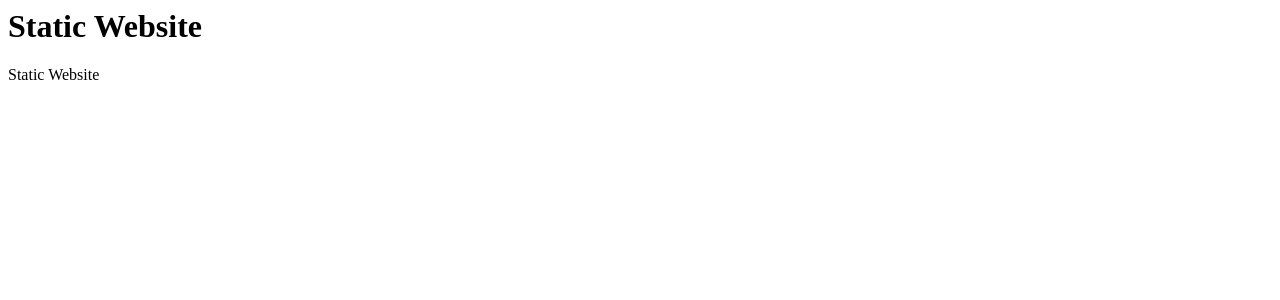
Repository: anubhav-aryan/go-webserver
Page: static/index.html
An editor plug-in stored every save of this project. The page is shown before and after the next save, followed by the edit.
The browser window is 1280 px wide. The pictures show the whole page.

Above is the page before, as saved 2023-10-16 14:29:57.

### static/index.html
<html>
  <head>
    <title>Static Website</title>
  </head>
  <body>
    <h1>Static Website</h1>
    <p>Static Website</p>
</html>

After the next save:
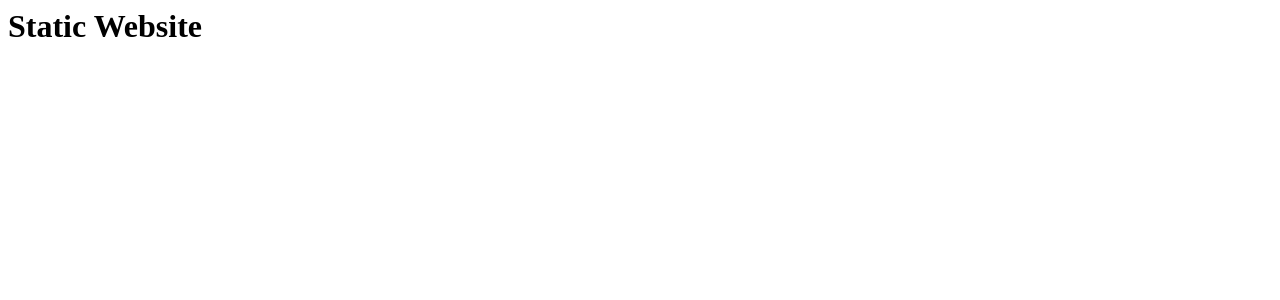
Saved 14 s later.
--- a/static/index.html
+++ b/static/index.html
@@ -4,5 +4,4 @@
   </head>
   <body>
     <h1>Static Website</h1>
-    <p>Static Website</p>
 </html>
